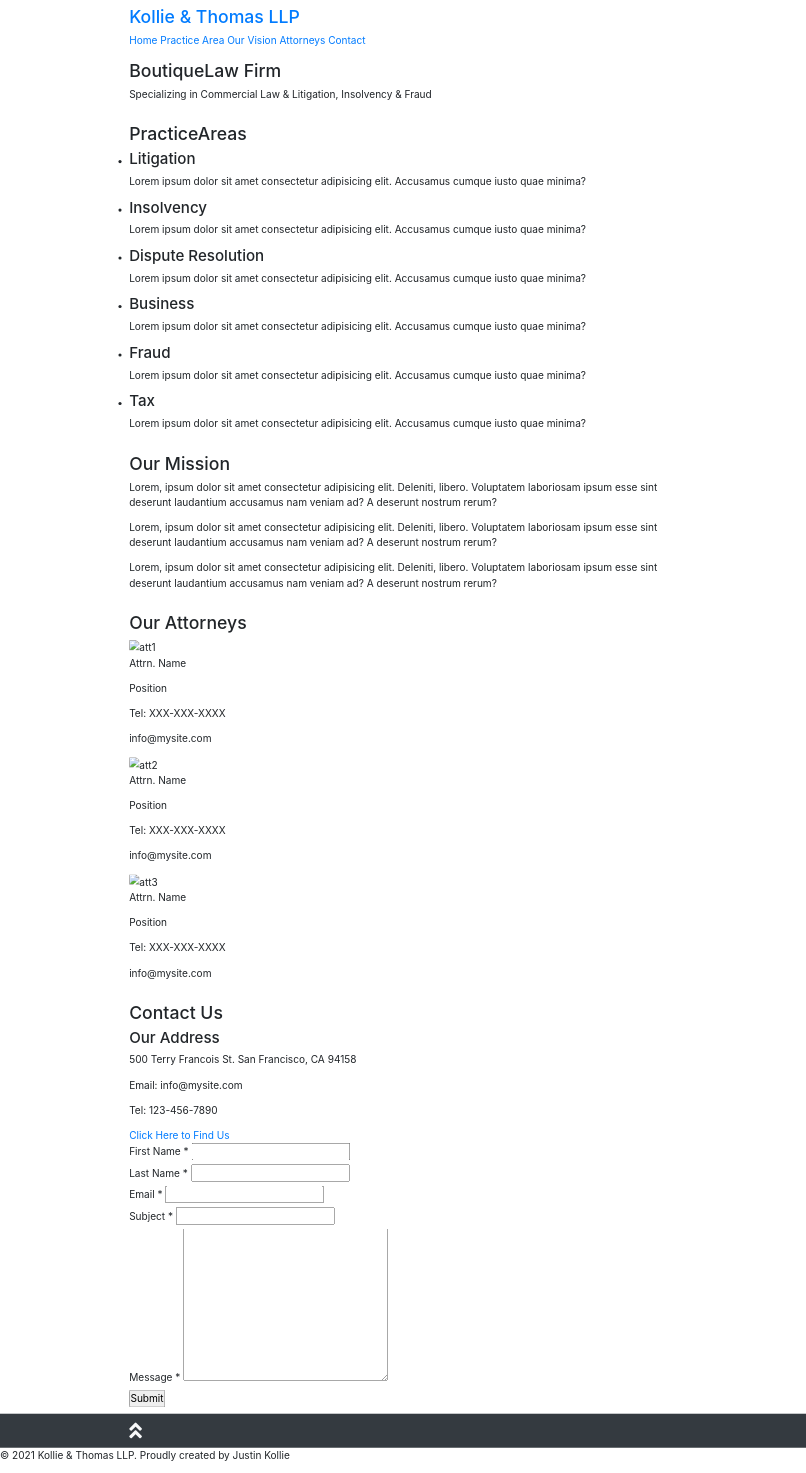
Repository: just-mann/kolllie-kolliellp
Page: index.html
These files come from the project's save history. The page is drawn as it stood at one moment and after a run of saves; the edit follows.
The browser window is 1280 px wide. The pictures show the whole page, at 63% of full size.

Above is the page before, as saved 2021-06-01 17:04:16.

After the next 7 saves:
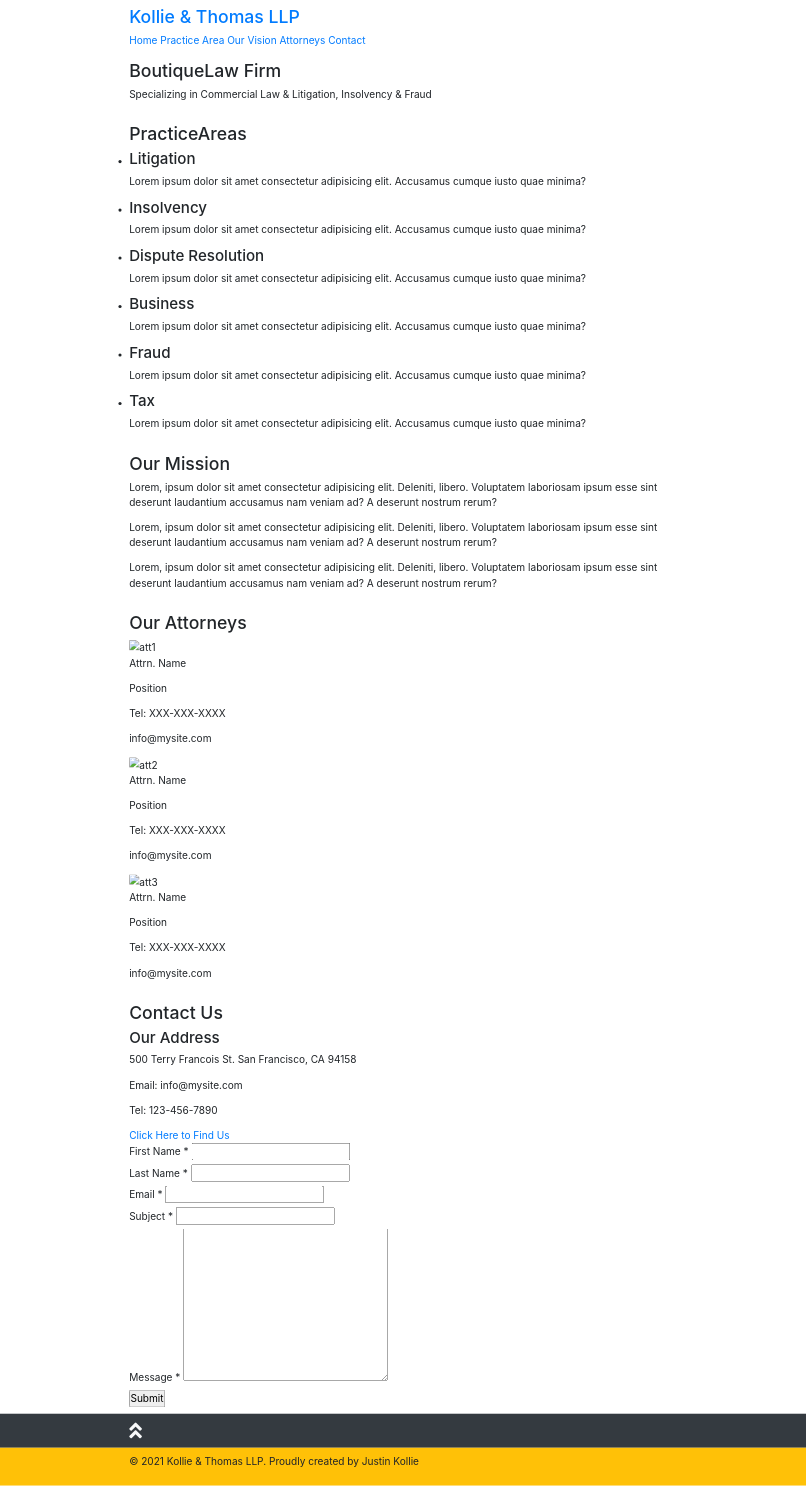
The 7 saves are shown as one change because they came seconds apart.
The last was saved 12 s later.
--- a/index.html
+++ b/index.html
@@ -172,7 +172,8 @@
             <i class="fas fa-angle-double-up fa-2x text-light"></i>
         </div>
     </section>
-    <footer class="footer bg-warninontainer">
+    <footer class="footer bg-warning">
+        <div class="myContainer">
             <p>© 2021 Kollie & Thomas LLP. Proudly created by Justin Kollie</p>
         </div>
     </footer>
